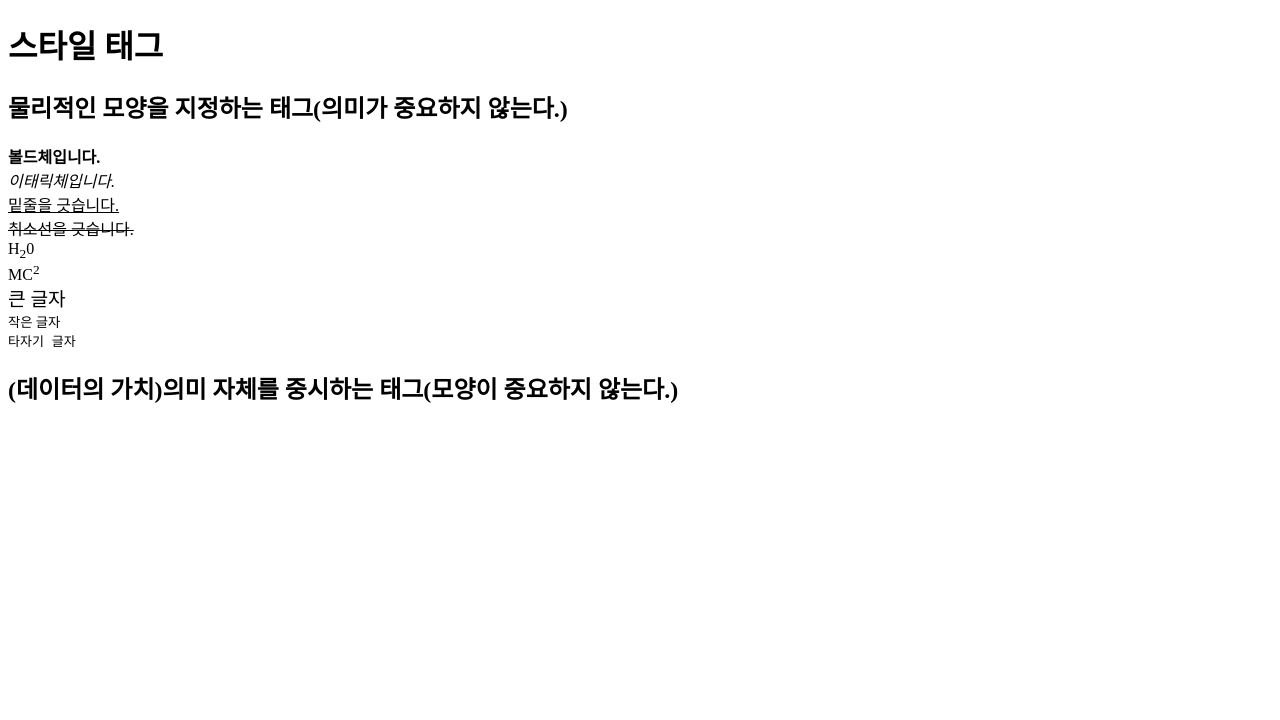
Repository: chanjin5212/Full-Stack-study
Page: client/ClientTest/src/main/webapp/html/ex09_style.html
The author's editor kept a copy of each file at every save. The page is drawn from the files as they stood at one save, then again after the next save.
The browser window is 1280 px wide. The pictures show the whole page.

Above is the page before, as saved 2022-05-24 01:01:57.

After the next save:
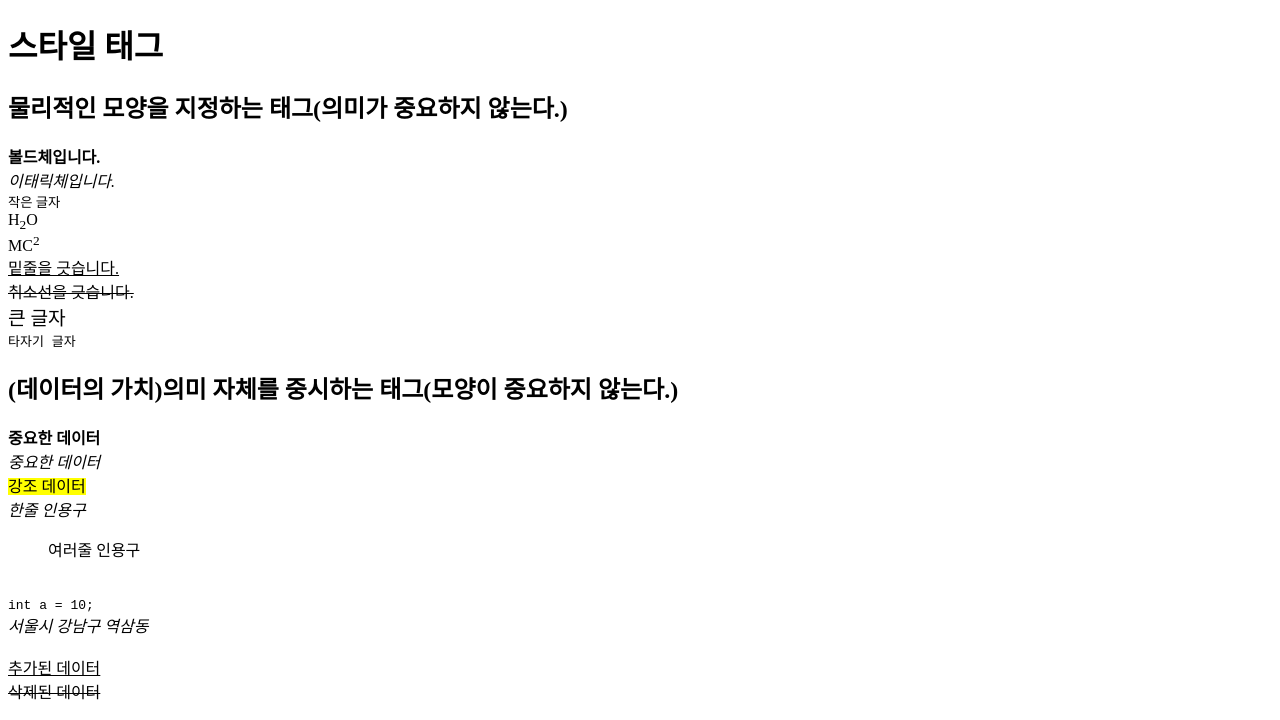
Saved 5 min 24 s later.
--- a/client/ClientTest/src/main/webapp/html/ex09_style.html
+++ b/client/ClientTest/src/main/webapp/html/ex09_style.html
@@ -6,30 +6,43 @@
 </head>
 <body>
 	<!-- ex09_style.html -->
-
 	<!--
 
 		HTML > 골격 구성 + 데이터 표현 + 서식 기능(사용 안함)
-		CSS > HTML 보조 목적 > HTML의 서식 기능을 보강하기 위해서
+		CSS  > HTML 보조 목적 > HTML의 서식 기능을 보강하기 위해서
 
-		HTML + CSS > HTML(골격 구성 + 데이터 표현 + 서식 기능) + CSS(서식 기능)
+		HTML + CSS > HTML(골격 구성 + 데이터 표현) + CSS(서식 기능)
 
-	 -->
+	-->
 
-	 <h1>스타일 태그</h1>
+	<h1>스타일 태그</h1>
 
-	 <h2>물리적인 모양을 지정하는 태그(의미가 중요하지 않는다.)</h2>
+	<h2>물리적인 모양을 지정하는 태그(의미가 중요하지 않는다.)</h2>
 
-	 <b>볼드체입니다.</b><br>
-	 <i>이태릭체입니다.</i><br>
-	 <u>밑줄을 긋습니다.</u><br>
-	 <strike>취소선을 긋습니다.	</strike><br>
-	 H<sub>2</sub>0<br>
-	 MC<sup>2</sup><br>
-	 <big>큰 글자</big><br>
-	 <small>작은 글자</small><br>
-	 <tt>타자기 글자</tt>
+	<b>볼드체입니다.</b><br>
+	<i>이태릭체입니다.</i><br>
+	<small>작은 글자</small><br>
 
-	 <h2>(데이터의 가치)의미 자체를 중시하는 태그(모양이 중요하지 않는다.)</h2>
+	H<sub>2</sub>O<br>
+	MC<sup>2</sup><br>
+
+	<u>밑줄을 긋습니다.</u><br>
+	<strike>취소선을 긋습니다.</strike><br>
+	<big>큰 글자</big><br>
+	<tt>타자기 글자</tt>
+
+	<h2>(데이터의 가치)의미 자체를 중시하는 태그(모양이 중요하지 않는다.)</h2>
+
+	<strong>중요한 데이터</strong><br>
+	<em>중요한 데이터</em><br>
+	<mark>강조 데이터</mark><br>
+	<cite>한줄 인용구</cite><br>
+	<blockquote>여러줄 인용구</blockquote><br>
+	<code>int a = 10;</code><br>
+	<address>서울시 강남구 역삼동</address><br>
+	<ins>추가된 데이터</ins><br>
+	<del>삭제된 데이터</del>
+
+
 </body>
 </html>
